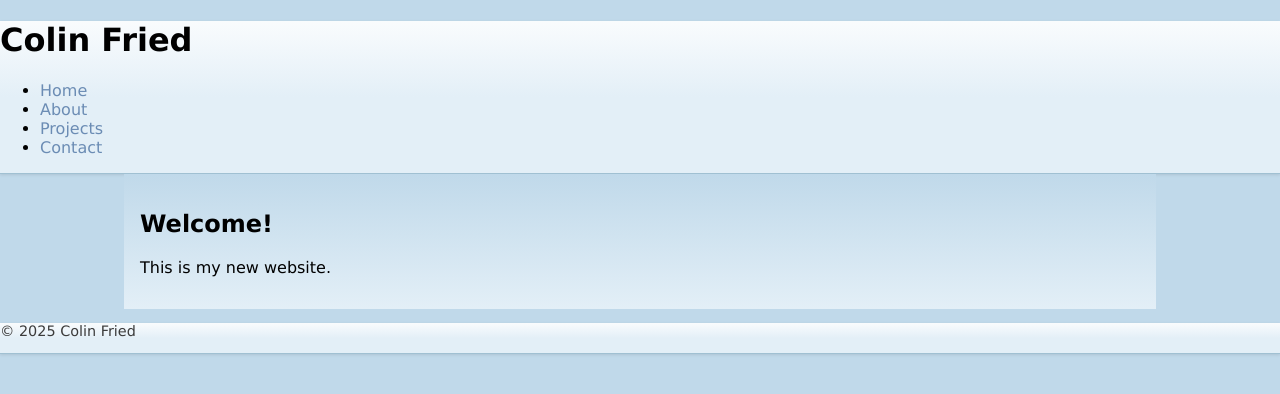
Repository: colinfdsaui/colin
Page: website.html
An editor plug-in stored every save of this project. The page is shown before and after the next save, followed by the edit.
The browser window is 1280 px wide. The pictures show the whole page.

Above is the page before, as saved 2025-07-08 12:16:22.

### website.html
<!DOCTYPE html>
<html lang="en">
<link rel="stylesheet" href="styles.css">

<head>
    <meta charset="UTF-8"/>
    <meta name="viewport" content="width=device-width, initial-scale=1.0"/>
    <title>My Website</title>
    <link rel="stylesheet" href="styles.css"/>
</head>
<body>

<!-- Header / Nav -->
<header>
    <h1>Colin Fried</h1>
    <nav>
        <ul class="nav-links">
            <li><a class="active" href="website.html">Home</a></li>
            <li><a href="about.html">About</a></li>
            <li><a href="projects.html">Projects</a></li>
            <li><a href="test.html">Contact</a></li>
        </ul>
    </nav>
</header>

<!-- Main Content-->
<main>
    <section id="hero">
        <h2>Welcome!</h2>
        <p>This is my new website.</p>
    </section>
</main>

<!-- Footer -->
<footer>
    <p> © 2025 Colin Fried</p>
</footer>

<body>
</html>

### styles.css
/* ====================
   Global & layout
   ==================== */

/* 1) Define your palette once, at the top of your main stylesheet */
:root {
  /* ─── Aqua Palette ───────────────────────────────────────────────────────── */
  /* Light backgrounds */
  --aqua-bg-primary:      #c0d9ea; /* window background */
  --aqua-bg-secondary:    #e3eff7; /* sidebar / panels */
  --aqua-bg-highlight:    #fffffd; /* key UI surfaces */

  /* Accent blues */
  --aqua-accent:          #8db9e3; /* buttons, active tabs */
  --aqua-accent-dark:     #6b8cb4; /* hover, active state */

  /* Text */
  --aqua-text-primary:    #000000; /* body text */
  --aqua-text-secondary:  #3b3b3b; /* captions, secondary labels */
  --aqua-text-inverse:    #ffffff; /* on blue buttons, etc */

  /* Borders / dividers */
  --aqua-border:          #a0c0d2;

  /* Shadows (optional) */
  --aqua-shadow:          rgba(0, 0, 0, 0.1);
}

/* Base page styles */
body {
  margin:            0;
  padding:           0;
  font-family:       "Lucida Grande", -apple-system, BlinkMacSystemFont, sans-serif;
  background-color:  var(--aqua-bg-primary);
  color:             var(--aqua-text-primary);
}

/* Header & Footer with fallback + gradient + borders + shadow */
header,
footer {
  /* solid‑color fallback */
  background-color: var(--aqua-bg-secondary);

  /* gradient layered on top */
  background-image: linear-gradient(
    to bottom,
    rgba(255,255,255,0.8) 0%,
    rgba(227,239,247,0.6) 50%,   /* semi‑transparent light aqua */
    var(--aqua-bg-secondary) 100%
  );

  background-repeat: no-repeat;
  background-size:   cover;

  border-bottom:     1px solid var(--aqua-border);
  box-shadow:        0 1px 3px var(--aqua-shadow);
}

main {
  /* fallback fill */
  background-color: var(--aqua-bg-primary);

  /* layered gradient */
  background-image: linear-gradient(
    to bottom,
    var(--aqua-bg-primary) 0%,
    var(--aqua-bg-secondary) 100%
  );

  /* ensure it repeats/tiles correctly */
  background-repeat: no-repeat;
  background-size: cover;
  padding:    1rem;
  max-width:  1000px;
  margin:     auto;
}

footer {
  font-size: 0.9rem;
  color:     var(--aqua-text-secondary);
}

/* ====================
   Typography & Links
   ==================== */
a {
  color:           var(--aqua-accent-dark);
  text-decoration: none;
}

a:hover {
  text-decoration: underline;
}

/* ====================
   Buttons & Panels
   ==================== */
button {
  background-color: var(--aqua-accent);
  color:            var(--aqua-text-inverse);
  border:           1px solid var(--aqua-accent-dark);
  border-radius:    4px;
  padding:          0.5em 1em;
  cursor:           pointer;
  box-shadow:       0 1px 2px var(--aqua-shadow);
  font-family:      inherit;
  transition:       background-color 0.2s ease;
}

button:hover {
  background-color: var(--aqua-accent-dark);
}

.panel {
  background-color: var(--aqua-bg-highlight);
  border:           1px solid var(--aqua-border);
  padding:          1em;
  border-radius:    6px;
}

/* ====================
   Clickable Images (cursor stays arrow)
   ==================== */
img.clickable {
  cursor:     default; /* arrow only */
  transition:
    transform 0.15s ease-out,
    filter    0.15s ease-out;
}

img.clickable:hover {
  transform: scale(1.05);
  filter:
    drop-shadow(0 4px 8px rgba(0,0,0,0.2))
    brightness(1.05);
}

/* ====================
   Flipbook container
   ==================== */
#flipbook,
#flipbook-wrapper {
  width:       800px;
  height:      600px;
  margin:      2rem auto;
  overflow:    hidden;
  background:  var(--aqua-bg-highlight);
  border:      1px solid var(--aqua-border);
  box-shadow:  0 2px 4px var(--aqua-shadow);
}

/* Two‑page layout */
#flipbook .page {
  width:         50%;
  height:        100%;
  float:         left;
  overflow:      hidden;
  background:    var(--aqua-bg-highlight);
  border-right:  1px solid var(--aqua-border);
}

#flipbook .page:last-child {
  border-right: none;
}

/* Single‑page hack */
#flipbook.single-page .page:nth-child(1) {
  display:      block;
  margin:       0 auto;
  width:        50%;
}
#flipbook.single-page .page:nth-child(2) {
  display: none;
}

/* Page images */
#flipbook .page img {
  width:       100%;
  height:      100%;
  object-fit:  contain;
  transition:  transform 0.3s ease;
}

/* Zoomed page image */
#flipbook .page img.zoomed {
  transform: scale(2);
  cursor:    zoom-out;
}

/* Mask (page‑1 illusion) */
#mask {
  position:          absolute;
  inset:             0;
  pointer-events:    none;
  background-image:  linear-gradient(
    to right,
    var(--aqua-bg-highlight) 0%,
    rgba(255,255,255,0)      40%,
    rgba(255,255,255,0)      60%,
    var(--aqua-bg-highlight) 100%
  );
  display:           none;
}

/* Full‑screen zoom modal */
#zoom-modal {
  display:          none;
  position:         fixed;
  inset:            0;
  background:       rgba(0, 0, 0, 0.8);
  z-index:          9999;
  align-items:      center;
  justify-content:  center;
  overflow:         auto;
}

#zoom-modal img {
  width:       150%;
  height:      150%;
  transform:   translate(-15%);
  object-fit:  contain;
}

After the next save:
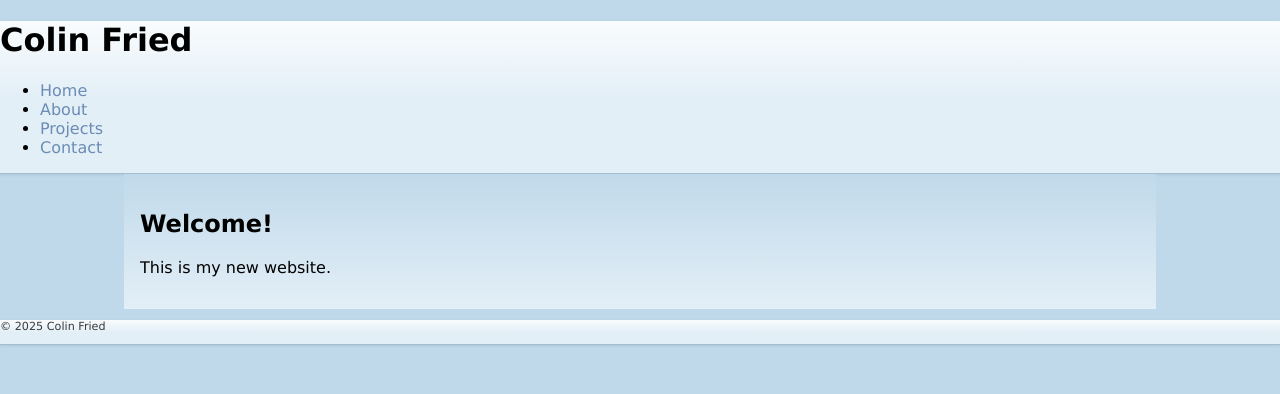
Saved 7 s later.
--- a/styles.css
+++ b/styles.css
@@ -76,7 +76,7 @@ main {
 }
 
 footer {
-  font-size: 0.9rem;
+  font-size: 0.7rem;
   color:     var(--aqua-text-secondary);
 }
 
